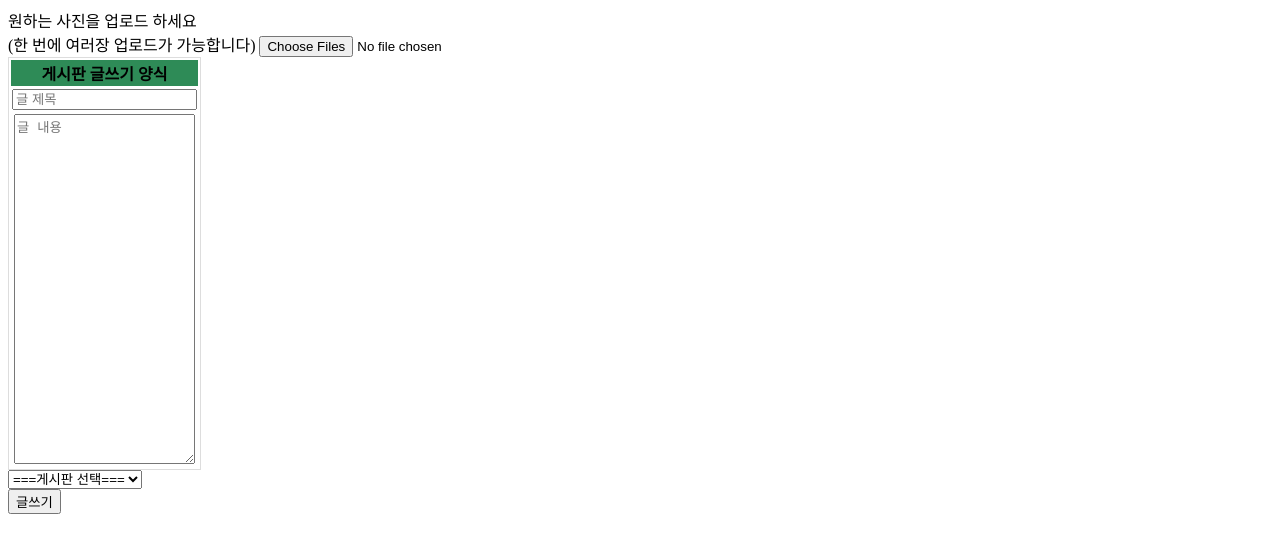
Repository: KimJinHwan999/ToyProject-makeBoard-springBoot
Page: http://localhost/board/WEB-INF/views/board/write.jsp
These files come from the project's save history. The page is drawn as it stood at one moment and after the next save; the edit follows.
The browser window is 1280 px wide. The pictures show the whole page.
The page is served by Tomcat 9. Nobody is signed in. The template is opened directly, without the code that normally fills it, so the values that code supplies are empty.

Above is the page before, as saved 2023-06-21 15:18:47.

After the next save:
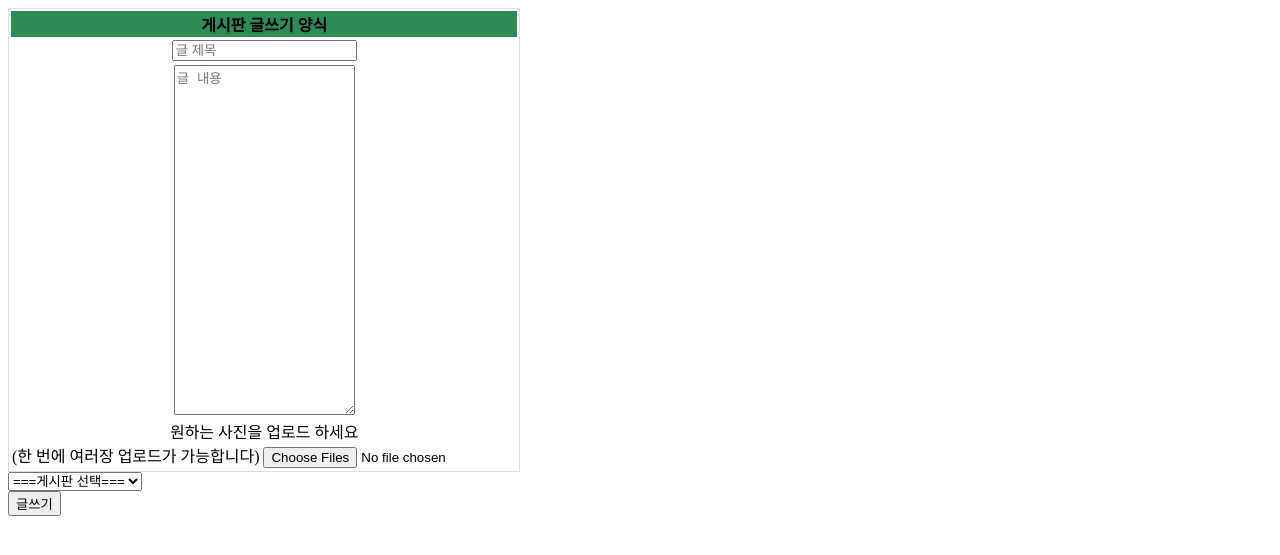
Saved 32 s later.
--- a/board/src/main/webapp/WEB-INF/views/board/write.jsp
+++ b/board/src/main/webapp/WEB-INF/views/board/write.jsp
@@ -22,13 +22,15 @@
 					</tbody>
 					<tbody>
 						<tr>
-							<label for="post_img">
-								원하는 사진을 업로드 하세요<br>
-								(한 번에 여러장 업로드가 가능합니다)
-							</label>
-							<input type="file" name="file" id="post_img" accept="image/*" multiple />
-							<div id="img-file"></div>
-							<div id="img-file-name"></div>
+							<td>
+								<label for="post_img">
+									원하는 사진을 업로드 하세요<br>
+									(한 번에 여러장 업로드가 가능합니다)
+								</label>
+								<input type="file" name="file" id="post_img" accept="image/*" multiple />
+								<div id="img-file"></div>
+								<div id="img-file-name"></div>
+							</td>
 						</tr>
 					</tbody>
 				</table>
